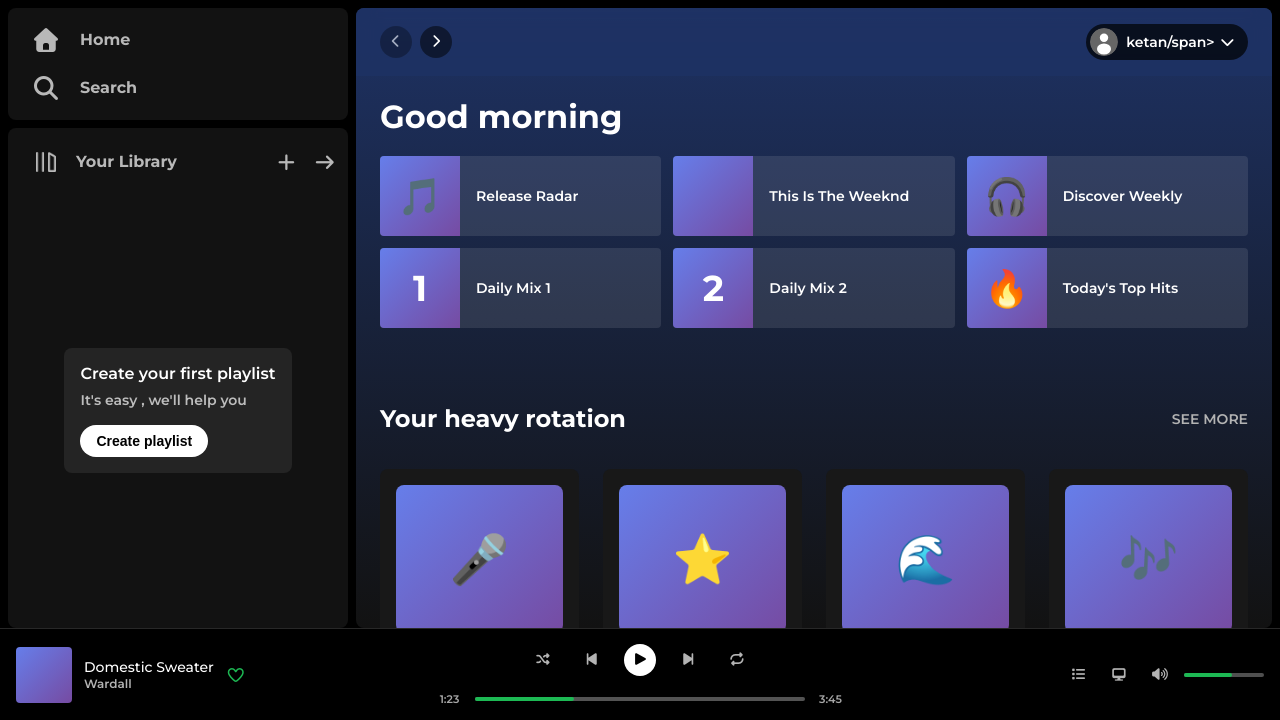
Repository: ketanBisht/spotifyFrontEnd
Page: final.html
The author's editor kept a copy of each file at every save. The page is drawn from the files as they stood at one save, then again after the next save.
The browser window is 1280 px wide. The pictures show the whole page.
An inner scrolling area shows only its first screen. Some web libraries are served in a nearby version.

Above is the page before, as saved 2025-08-26 21:49:42.

After the next save:
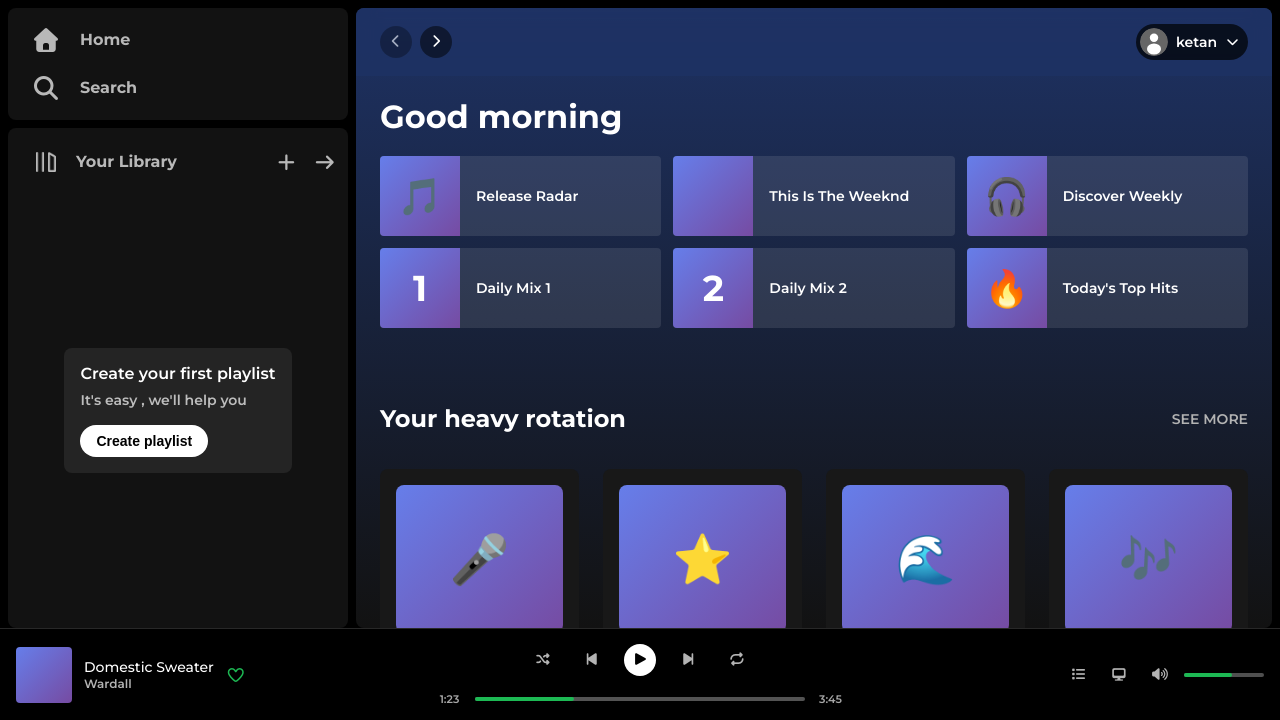
Saved 16 s later.
--- a/final.html
+++ b/final.html
@@ -793,7 +793,7 @@
                 <div class="user-menu">
                     <div class="user-profile">
                         <div class="profile-image"></div>
-                        <span class="profile-name">ketan/span>
+                        <span class="profile-name">ketan</span>
                         <i class="fa-solid fa-chevron-down"></i>
                     </div>
                 </div>
